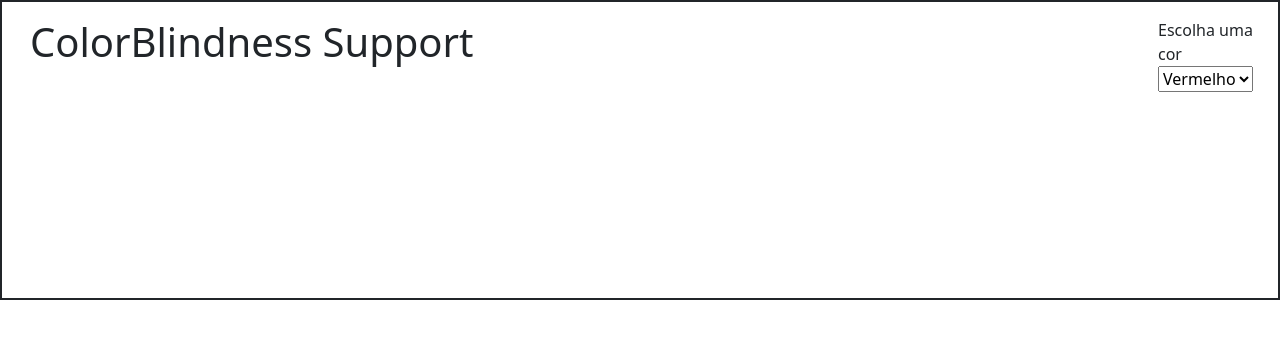
Repository: pedrosiqueira/daltonchrome
Page: popup.html
These files come from the project's save history. The page is drawn as it stood at one moment and after the next save; the edit follows.
The browser window is 1280 px wide. The pictures show the whole page.

Above is the page before, as saved 2022-06-17 13:02:08.

### popup.html
<!DOCTYPE html>
<html>

<head>
    <meta charset="utf-8" />
    <link href="css/vendor/bootstrap.min.css" rel="stylesheet" crossorigin="anonymous">
    <link rel="stylesheet" type="text/css" href="css/popup.css" />
</head>

<body class="p-3 d-flex border border-dark border-2 ">

    <div class="container flex">

        <h1> ColorBlindness Support </h1>

        <!--
        <div class="form-check form-switch col">
            <input class="form-check-input" type="checkbox" id="flexSwitchCheckChecked">
            <label class="form-check-label" for="flexSwitchCheckChecked" id="MeuSwitch">Ativar extensão</label>
        </div>

        <button id="meubotao" type="button" class="btn row w-10 h-15 btn-dark">
            Clique-me
        </button>
    -->

    </div>

    <div class="flex-container col">
        <label for="cores">Escolha uma cor</label>

        <select name="cores" id="cores">
            <option value="red">Vermelho</option>
            <option value="green">Verde</option>
            <option value="blue">Azul</option>
        </select>
    </div>

    <script src="js/vendor/jquery-3.6.0.min.js"></script>
    <script src="js/vendor/bootstrap.bundle.min.js"></script>
    <script src="js/popup.js"></script>
</body>

</html>

### css/popup.css
body {
    min-width:600px;
    min-height:300px;
}

#table-wrapper {
    position:relative;
    white-space: nowrap;
}
#table-scroll {
    overflow:auto;
    margin-top:20px;
}
#table-wrapper table {
    width:100%;

}

#table-wrapper table thead th .text {
    position:absolute;
    top:-20px;
    z-index:2;
    height:20px;
    width:35%;
    border:1px solid red;
}

#table-wrapper table tbody td{
    border: 1px solid black;
}

### js/popup.js
start()

function start() {
    $("#meubotao").click(umafuncao)
}

function ativar(){
    $("#MeuSwitch")
}


async function umafuncao() {

    // obtém a aba atual
    [currentTab] = await chrome.tabs.query({ active: true, currentWindow: true });

    // envia mensagem para a aba atual
    chrome.tabs.sendMessage(currentTab.id, { nome: "Carol", curso: "TADS", orientador: "pedro" }, callback);


}

// funcao que recebe a resposta da mensagem que foi enviada para alguma aba
function callback(response) {
    console.log("ufa, a mensagem conseguiu chegar!")
    console.log(response)
}

Loaded but not shown: css/vendor/bootstrap.min.css (library); js/vendor/jquery-3.6.0.min.js (library); js/vendor/bootstrap.bundle.min.js (library)

After the next save:
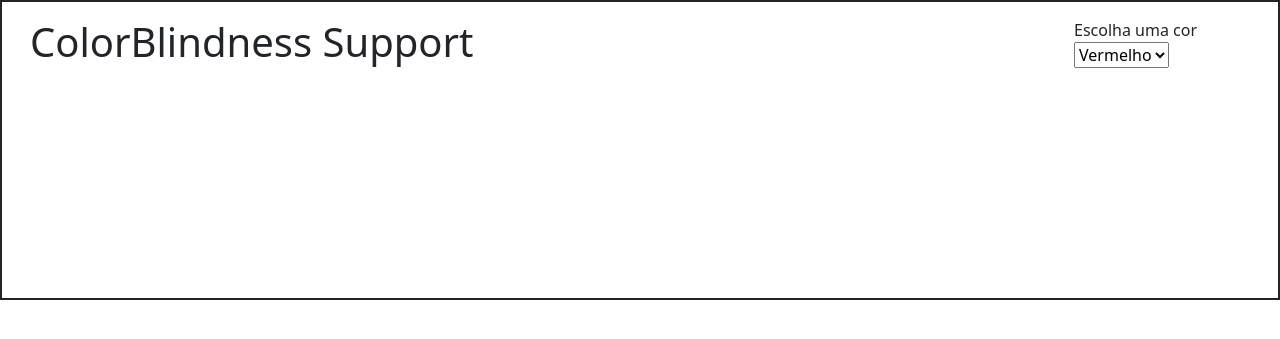
Saved 25 s later.
--- a/popup.html
+++ b/popup.html
@@ -26,7 +26,7 @@
 
     </div>
 
-    <div class="flex-container col">
+    <div class="flex ">
         <label for="cores">Escolha uma cor</label>
 
         <select name="cores" id="cores">
